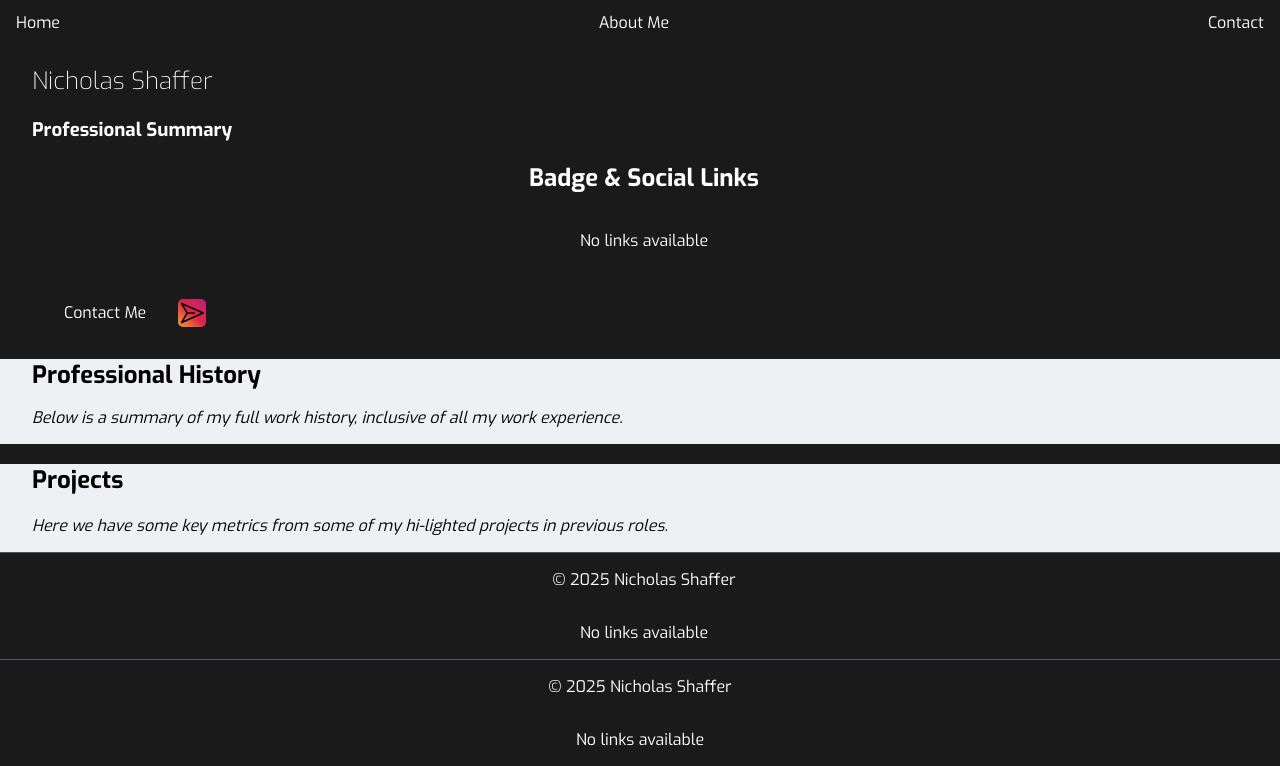
Repository: ShafferNick/nicholas_portfolio
Page: /
These files come from the project's save history. The page is drawn as it stood at one moment and after the next save; the edit follows.
The browser window is 1280 px wide. The pictures show the whole page.
The page's requests for data from a server got no answer. The project was rebuilt for these pictures with package versions that can differ from the ones it lists, and the page was loaded fresh each time. The framework's server and built-in components were replaced by stand-ins that run in the browser. No one was signed in, and anything a server would have sent is missing. Also part of the build but not shown: next.config.ts.

Above is the page before, as saved 2025-03-19 12:03:49.

After the next save:
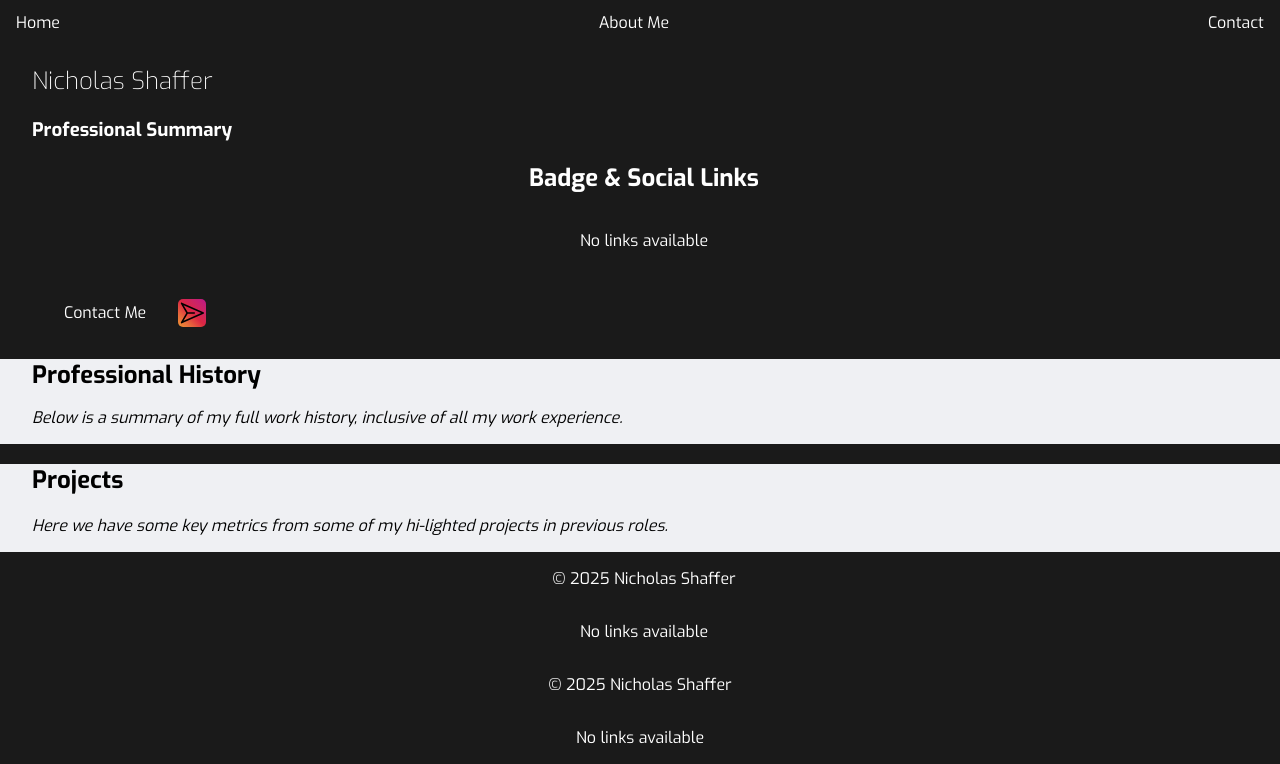
Saved 41 min 47 s later.
--- a/src/app/globals.css
+++ b/src/app/globals.css
@@ -428,21 +428,41 @@ main div.contact-me {
 
 
 /* Footer Section */
-/* In src/app/globals.css */
-footer {
-  border-top: 1px solid #4a5568;
-  /* Add a subtle top border */
-}
-
-footer .flex {
+/* Footer-specific link styling */
+footer .flex.justify-around {
+  display: flex;
+  justify-content: space-around;
   align-items: center;
+  flex-wrap: wrap;
+  gap: 1rem;
+  /* Matches the gap-4 (1rem) from the top section */
+  max-width: 1024px;
+  /* Matches max-w-4xl */
+  margin: 0 auto;
+  padding: 0 1rem;
+  /* Add padding to prevent edge crowding */
 }
 
 footer a {
+  padding: 0.5rem;
+  /* Matches p-2 from the top section */
   transition: transform 0.3s ease-in-out;
 }
 
 footer a:hover {
-  transform: scale(1.2);
-  /* Slight scale effect on hover */
-}
+  transform: scale(1.1);
+  /* Matches hover:scale-110 */
+}
+
+footer svg,
+footer img {
+  width: 40px;
+  /* Matches the smaller size in the footer */
+  height: 40px;
+}
+
+/* Ensure the footer links are centered and spaced like the top section */
+footer .flex.justify-around>a {
+  flex: 0 0 auto;
+  /* Prevent flex items from growing/shrinking */
+}
